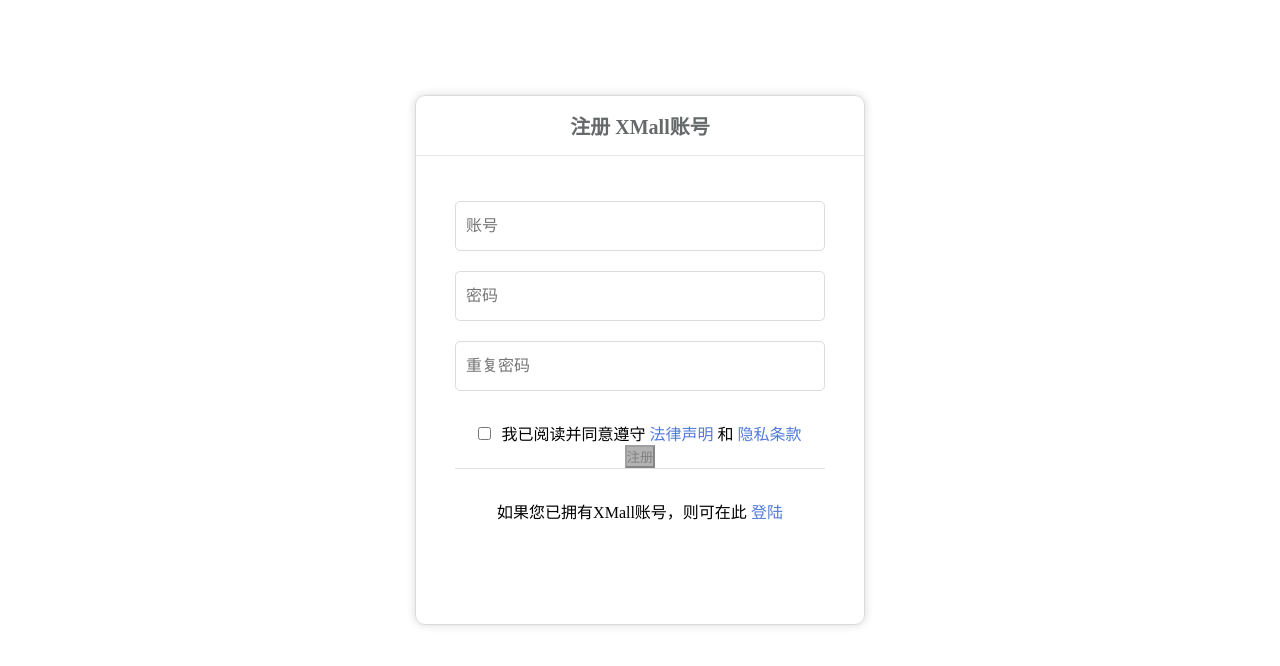
Repository: dingqihui1997/xmall-demo
Page: /register
An editor plug-in stored every save of this project. The page is shown before and after the next save, followed by the edit.
The browser window is 1280 px wide. The pictures show the whole page.
The project was rebuilt for these pictures with package versions that can differ from the ones it lists, and the page was loaded fresh each time. Also part of the build but not shown: vue.config.js, src/views/Home.vue.

Above is the page before, as saved 2021-06-29 16:16:17.

After the next save:
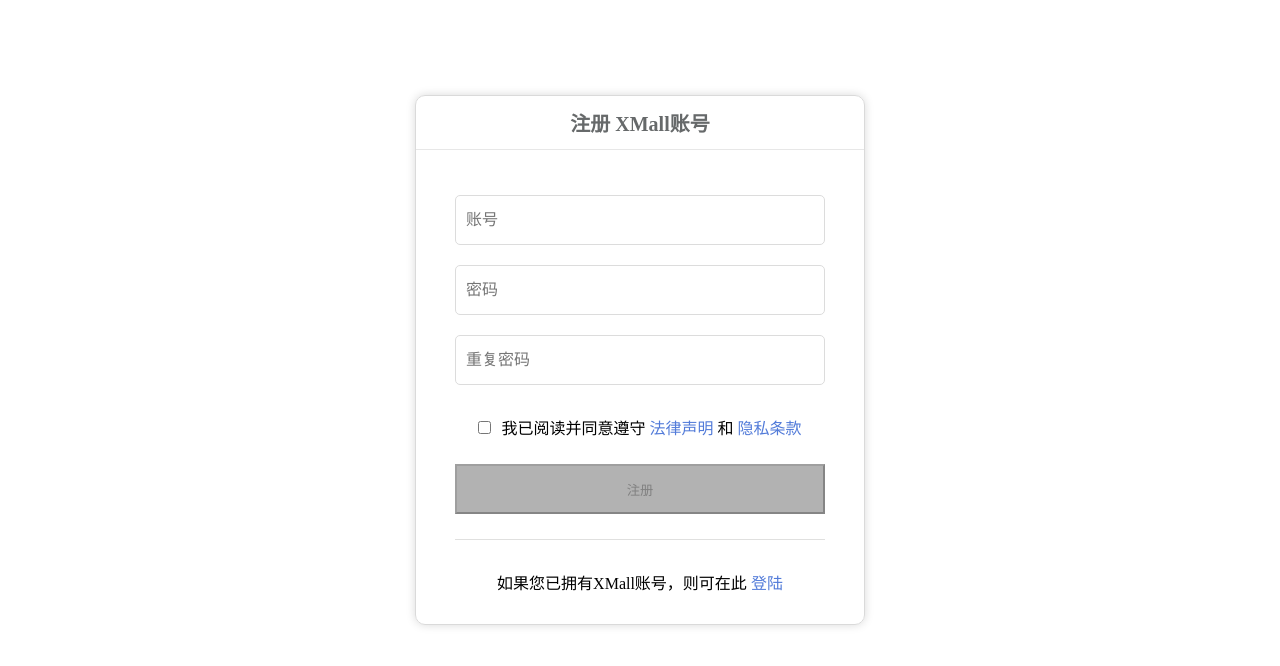
Saved 13 s later.
--- a/src/components/register/Register.vue
+++ b/src/components/register/Register.vue
@@ -106,7 +106,7 @@
   padding-left: 10px;
   font-size: 16px;
 }
-.el-button {
+button {
   margin: 25px 0px;
   width: 370px;
   height: 50px;
